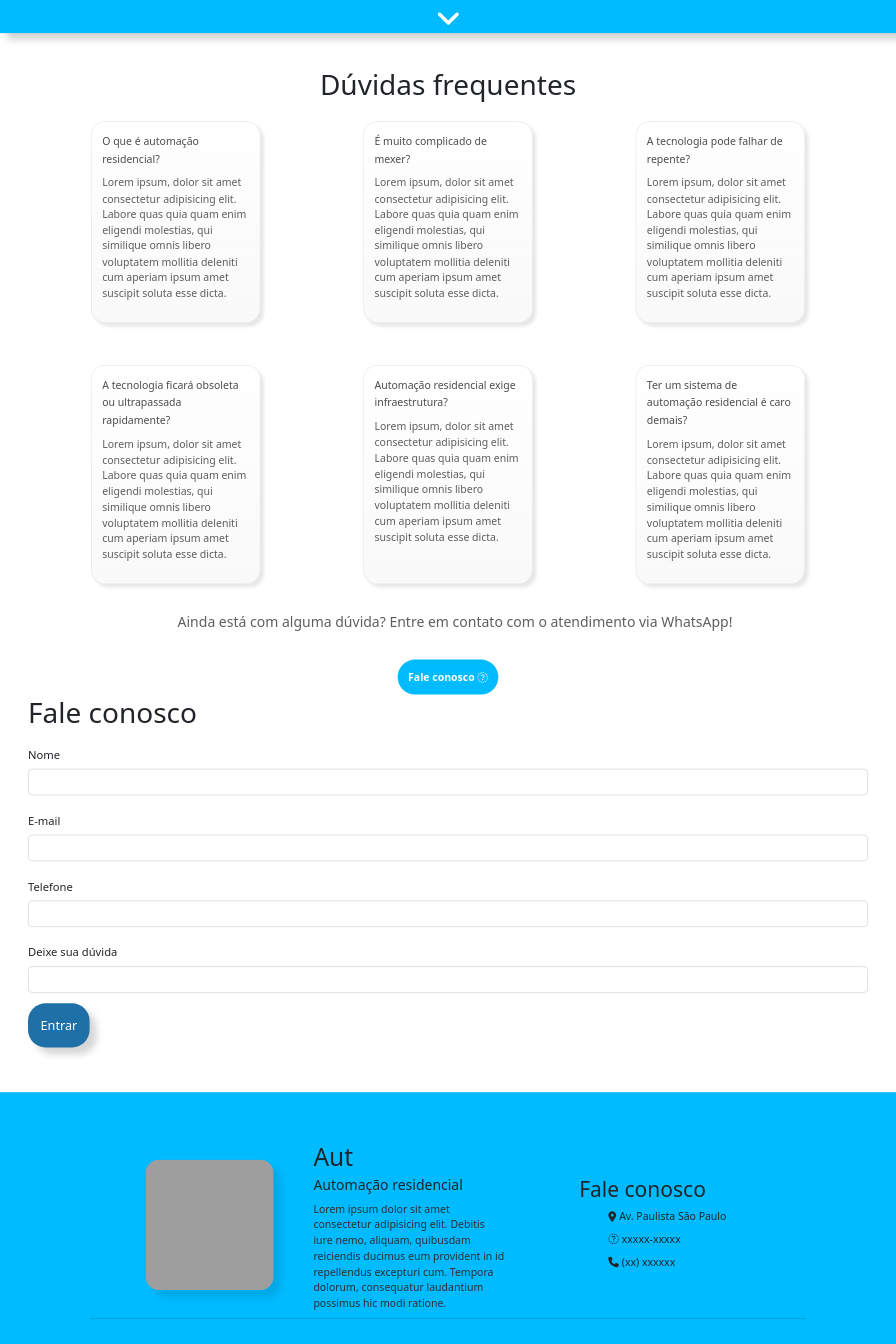
Repository: BulleST/SouHi_Institucional
Page: home.html
The author's editor kept a copy of each file at every save. The page is drawn from the files as they stood at one save, then again after the next save.
The browser window is 1280 px wide. The pictures show the part of the page from y = 1636 to 3556 px (the page is 3556 px tall), at 70% of full size.
Pictures or frames that could not be fetched are drawn as grey boxes.

Above is the page before, as saved 2022-10-27 16:57:29.

### home.html
<!DOCTYPE html>
<html lang="pt-br">

<head>
  <meta charset="UTF-8">
  <meta http-equiv="X-UA-Compatible" content="IE=edge">
  <meta name="viewport" content="width=device-width, initial-scale=1.0">
  <title>SouHi - Soluções Automatizadas</title>

  <script src="https://code.jquery.com/jquery-3.6.1.js" integrity="sha256-3zlB5s2uwoUzrXK3BT7AX3FyvojsraNFxCc2vC/7pNI="
    crossorigin="anonymous"></script>


    <!-- Bootstrap -->
<link href="https://cdn.jsdelivr.net/npm/bootstrap@5.2.2/dist/css/bootstrap.min.css" rel="stylesheet" integrity="sha384-Zenh87qX5JnK2Jl0vWa8Ck2rdkQ2Bzep5IDxbcnCeuOxjzrPF/et3URy9Bv1WTRi" crossorigin="anonymous">
<script src="https://cdn.jsdelivr.net/npm/bootstrap@5.2.2/dist/js/bootstrap.bundle.min.js" integrity="sha384-OERcA2EqjJCMA+/3y+gxIOqMEjwtxJY7qPCqsdltbNJuaOe923+mo//f6V8Qbsw3" crossorigin="anonymous"></script>
  <!-- Fontawesome -->
  <link rel="stylesheet" href="https://cdnjs.cloudflare.com/ajax/libs/font-awesome/6.2.0/css/all.min.css"
    integrity="sha512-xh6O/CkQoPOWDdYTDqeRdPCVd1SpvCA9XXcUnZS2FmJNp1coAFzvtCN9BmamE+4aHK8yyUHUSCcJHgXloTyT2A=="
    crossorigin="anonymous" referrerpolicy="no-referrer" />
  <script src="https://cdnjs.cloudflare.com/ajax/libs/font-awesome/6.2.0/js/all.min.js"
    integrity="sha512-naukR7I+Nk6gp7p5TMA4ycgfxaZBJ7MO5iC3Fp6ySQyKFHOGfpkSZkYVWV5R7u7cfAicxanwYQ5D1e17EfJcMA=="
    crossorigin="anonymous" referrerpolicy="no-referrer"></script>

  <!-- Slick Carousel -->
  <link rel="stylesheet" type="text/css" href="https://cdn.jsdelivr.net/npm/slick-carousel@1.8.1/slick/slick.css" />
  <script type="text/javascript" src="https://cdn.jsdelivr.net/npm/slick-carousel@1.8.1/slick/slick.min.js"></script>

  <!-- AOS -->
  <link rel="stylesheet" href="https://unpkg.com/aos@next/dist/aos.css">
  <script src="https://unpkg.com/aos@next/dist/aos.js"></script>

  <link rel="stylesheet" href="style.css">
  <script src="script.js" defer></script>

</head>

<body>
  <header>
    <div class="header-container bg-on" id="header">
      <div class="header-position">
        <div class="flex-item-image">
          <img src="img/logo_claro.png" alt="Logo Souhi">
        </div>
        <div class="flex-item-rotas">
          <nav class="rotas">
            <ul>
            <li> <a class="header__navigation-link" href="#home">Home</a></li>
              <li><a class="header__navigation-link" href="#quem-somos">Quem somos</a></li>
              <li><a class="header__navigation-link" href="#produtos">Ofertas</a></li>
              <li><a class="header__navigation-link" href="#duvidas">FAQ</a></li>
              <li><a class="header__navigation-link" href="#contatos">Contatos</a></li>
            </ul>
          </nav>
        </div>
        <div class="flex-item-contato">
          <a href="" class="btn-fale-conosco">Fale conosco!</a>
        </div>
      </div>
    </div>
  </header>


  <section>
    <section class="carrossel" id="inicio">
      <button class="btn-scroll-down">
        <i class="fas fa-chevron-down"></i>
      </button>
      <div class="slider">
        <div class=" first-item">
          <div class="slider__item-inner slider__item d-flex first-item-inner">
            <div class="slider__item-content first-content">
              <h3>Lorem Ipsum</h3>
              <hr>
              <p>Lorem ipsum dolor, sit amet consectetur adipisicing elit. Beatae fugiat voluptas consequatur voluptate perspiciatis aspernatur voluptates dolores inventore vero incidunt officia, modi dolorum. </p>
              <p class="my-2">Conheça nossos produtos!</p>
              <button class="btn btn-confira">Confira</button>
            </div>
            <div class="slider__item-image first-image">
              <img src="./img/house.png" alt="">
            </div>
          </div>
        </div>
        <div class="  second-item">

          <div class=" d-flex slider__item  second-item-inner">

            <div class="second-contain">
              <div class=" second-image">

                <img src="img/ic_launcher.png" alt="" >
                <img src="./img/phone.png" alt="">

              </div>
            <div class=" second-content">
              <h3>Lorem Ipsum</h3>

              <p>Lorem ipsum dolor, sit amet consectetur adipisicing elit.  </p>
              <a href="" class="btn-fale-conosco">Fale conosco!</a>

            </div>

          </div>

          </div>
        </div>
        <div class="  third-item">
          <div class=" d-flex slider__item  third-item-inner">
            <div class="third-contain">
              <div class=" third-image">
                <img src="img/smart-house-8.png" alt="" >
              </div>
            <div class=" third-content">
              <h3>Lorem Ipsum Ipsum</h3>
              <p>Lorem ipsum dolor, sit amet consectetur adipisicing elit. Lorem ipsum dolor, sit amet consectetur adipisicing elit. orem ipsum dolor, sit amet consectetur adipisicing elit. </p>
              <a href="" class="btn-fale-conosco mt-2">Fale conosco!</a>
            </div>
          </div>
          </div>
        </div>
        </div>
      </div>
    </section>

    <div class="bg">
      <div class="container wrapper">
        <section class="quem-somos" id="quem-somos">
          <img src="img/teste.jpg" alt="" class="imagem" data-aos="fade-right">
          <div class="texto" data-aos="fade-left">

            <h1>Quem somos</h1>
            <p>Lorem ipsum, dolor sit amet consectetur adipisicing elit. Iure, obcaecati alias magni reiciendis non ipsa
              asperiores deserunt quibusdam quasi ut odit, quaerat ex eum fugit pariatur rerum eius vitae maiores?</p>

            <button class="btn">Saiba mais <span> <i class="fa-solid fa-angles-right"></i></span></button>
          </div>
        </section>
        <div class="beneficios">
          <div class="card card-1" data-aos="fade-up">
            <div class="card-texto">
              <span> <i class="fa-solid fa-dollar-sign icone-card"></i></span>
              <h1>Economia</h1>
              <p>Lorem, ipsum dolor sit amet consectetur adipisicing elit. Saepe placeat repellat magni est praesentium
                quaerat aspernatur incidunt sint, quisquam voluptates aut fugiat vel dolorum maxime alias autem, sunt
                quae amet!</p>
            </div>
          </div>
          <div class="card card-2" data-aos="fade-up">
            <div class="card-texto">
              <span> <i class="fa-solid fa-shield icone-card"></i></span>
              <h1>Segurança</h1>
              <p>Lorem, ipsum dolor sit amet consectetur adipisicing elit. Saepe placeat repellat magni est praesentium
                quaerat aspernatur incidunt sint, quisquam voluptates aut fugiat vel dolorum maxime alias autem, sunt
                quae amet!</p>
            </div>
          </div>
          <div class="card card-3" data-aos="fade-up">
            <div class="card-texto">
              <span> <i class="fa-solid fa-check icone-card"></i></span>
              <h1>Conveniência</h1>
              <p>Lorem, ipsum dolor sit amet consectetur adipisicing elit. Saepe placeat repellat magni est praesentium
                quaerat aspernatur incidunt sint, quisquam voluptates aut fugiat vel dolorum maxime alias autem, sunt
                quae amet!</p>
            </div>
          </div>
          <div class="card card-4" data-aos="fade-up">
            <div class="card-texto">
              <span> <i class="fa-solid fa-couch icone-card"></i></span>
              <h1>Conforto</h1>
              <p>Lorem, ipsum dolor sit amet consectetur adipisicing elit. Saepe placeat repellat magni est praesentium
                quaerat aspernatur incidunt sint, quisquam voluptates aut fugiat vel dolorum maxime alias autem, sunt
                quae amet!</p>
            </div>
          </div>
        </div>
      </div>


      <div class="produtos-fechado" id="produtos">
        <div class="produtos-texto">
          <h1>O que você quer automatizar?</h1>
          <p>Lorem ipsum dolor sit, amet consectetur adipisicing elit. Explicabo odit eveniet molestiae reiciendis ab
            odio ipsum labore! Culpa optio consectetur, laboriosam quia enim vitae consequuntur tempora id in quos
            ipsum!</p>

          <span class="pra"><i class="fa-solid fa-angle-down down" id="show-or-hide"></i></span>
        </div>

      </div>
      <!-- <div class="produtos-aberto">
        <div class=" sessao  mySwiper container">
          <div class="swiper-wrapper content">

            <div class="swiper-slide card">
              <div class="card-content">

                <div class="image">
                  <img src="https://source.unsplash.com/random/250x250" alt="" class="eseu">

                </div>
              </div>
            </div>

            <div class="swiper-slide card">
              <div class="card-content">

                <div class="image">
                  <img src="https://source.unsplash.com/random/250x250" alt="" class="eseu">
                </div>
              </div>
            </div>

            <div class="swiper-slide card">

              <div class="card-content">

                <div class="image">
                  <img src="https://source.unsplash.com/random/250x250" alt="" class="eseu">
                </div>
              </div>
            </div>

            <div class="swiper-slide card">
              <div class="card-content">


                <div class="image">

                  <img src="https://source.unsplash.com/random/250x250" alt="" class="eseu">
                </div>
              </div>
            </div>
          </div>
        </div>
        <div class="swiper-button-next"></div>
        <div class="swiper-button-prev"></div>
        <div class="swiper-paggination"></div>
      </div> -->
    </div>






    <div class="wrapper">
      <div class="duvidas" id="duvidas">
        <h1>Dúvidas frequentes</h1>
        <div class="duvida-card">
          <div class="grupo1">
            <div class="duvida s1 " data-aos="fade-up">
              <span>
                <fa-icon [icon]="['fas', 'question-circle']" class="duvidas-icones"></fa-icon>
                <h2>O que é automação residencial?</h2>
              </span>
              <p>Lorem ipsum, dolor sit amet consectetur adipisicing elit. Labore quas quia quam enim eligendi
                molestias, qui similique omnis libero voluptatem mollitia deleniti cum aperiam ipsum amet suscipit
                soluta esse dicta.</p>
            </div>
            <div class="duvida s2 " data-aos="fade-up">
              <span>
                <fa-icon [icon]="['fas', 'question-circle']" class="duvidas-icones"></fa-icon>
                <h2>É muito complicado de mexer?</h2>
              </span>

              <p>Lorem ipsum, dolor sit amet consectetur adipisicing elit. Labore quas quia quam enim eligendi
                molestias, qui similique omnis libero voluptatem mollitia deleniti cum aperiam ipsum amet suscipit
                soluta esse dicta.</p>
            </div>
            <div class="duvida s3 " data-aos="fade-up">
              <span>
                <fa-icon [icon]="['fas', 'question-circle']" class="duvidas-icones"></fa-icon>
                <h2>A tecnologia pode falhar de repente?</h2>
              </span>

              <p>Lorem ipsum, dolor sit amet consectetur adipisicing elit. Labore quas quia quam enim eligendi
                molestias, qui similique omnis libero voluptatem mollitia deleniti cum aperiam ipsum amet suscipit
                soluta esse dicta.</p>
            </div>
          </div>
          <div class="grupo2">


            <div class="duvida s4 " data-aos="fade-up">
              <span>
                <fa-icon [icon]="['fas', 'question-circle']" class="duvidas-icones"></fa-icon>
                <h2>A tecnologia ficará obsoleta ou ultrapassada rapidamente?</h2>
              </span>

              <p>Lorem ipsum, dolor sit amet consectetur adipisicing elit. Labore quas quia quam enim eligendi
                molestias, qui similique omnis libero voluptatem mollitia deleniti cum aperiam ipsum amet suscipit
                soluta esse dicta.</p>


            </div>
            <div class="duvida s5 " data-aos="fade-up">
              <span>
                <fa-icon [icon]="['fas', 'question-circle']" class="duvidas-icones"></fa-icon>
                <h2>Automação residencial exige infraestrutura?</h2>
              </span>

              <p>Lorem ipsum, dolor sit amet consectetur adipisicing elit. Labore quas quia quam enim eligendi
                molestias, qui similique omnis libero voluptatem mollitia deleniti cum aperiam ipsum amet suscipit
                soluta esse dicta.</p>
            </div>
            <div class="duvida s6 " data-aos="fade-up">
              <span>
                <fa-icon [icon]="['fas', 'question-circle']" class="duvidas-icones"></fa-icon>
                <h2>Ter um sistema de automação residencial é caro demais?</h2>
              </span>

              <p>Lorem ipsum, dolor sit amet consectetur adipisicing elit. Labore quas quia quam enim eligendi
                molestias, qui similique omnis libero voluptatem mollitia deleniti cum aperiam ipsum amet suscipit
                soluta esse dicta.</p>
            </div>
          </div>
        </div>
        <div class="duvidas-link">
          <p>Ainda está com alguma dúvida? Entre em contato com o atendimento via WhatsApp!</p>
          <a href="">Fale conosco <i class='fa fa-whatsapp'></i></a>

        </div>
      </div>
    </div>
    <div class="wrapper">
    <div class="fale-conosco">
      <h1>Fale conosco</h1>
      <form action="">
        <div action="" class="form-group mt-4">
          <label for="" class="form-label">Nome</label>
          <input type="text" class="form-control" required>
        </div>
        <div action="" class="form-group mt-4">
          <label for="" class="form-label">E-mail</label>
          <input type="text" class="form-control" required>
        </div>
        <div action="" class="form-group mt-4">
          <label for="" class="form-label">Telefone</label>
          <input type="text" class="form-control">
        </div>
        <div action="" class="form-group mt-4">
          <label for="" class="form-label">Deixe sua dúvida</label>
          <input type="textarea" class="form-control">
        </div>
        <div class="form-group d-flex ">
          <button type="submit" class="btn botao">Entrar</button>
        </div>



      </form>
    </div>
  </div>

    </div>


 <div class="link-top link-on" ><a href="#inicio">


  <i class="fa-solid fa-angle-up"></i></a></div>
  </section>

  <section class="footer">

    </div>
    <div class="footer-position">
      <div class="finalizacao">
        <img src="img/pexels-liza-summer-6347719.jpg" alt="" class="footer-img">
        <div class="texto">
          <h1>Aut</h1>
          <h2>Automação residencial</h2>
          <p>Lorem ipsum dolor sit amet consectetur adipisicing elit. Debitis iure nemo, aliquam, quibusdam reiciendis
            ducimus eum provident in id repellendus excepturi cum. Tempora dolorum, consequatur laudantium possimus hic
            modi ratione.</p>
        </div>
      </div>
      <div class="contato">
        <div class="contato-texto">
          <h2>Fale conosco</h2>

          <ul>
            <li><i class="fa-solid fa-location-dot"></i> Av. Paulista São Paulo </li>
            <li><i class='fa fa-whatsapp'></i> xxxxx-xxxxx</li>
            <li><i class="fa-solid fa-phone"></i> (xx) xxxxxx</li>
          </ul>
        </div>
      </div>

    </div>

  </section>

</body>


<script>




</script>

</html>

Loaded but not shown: script.js (75 lines, source omitted); style.css (1113 lines, source omitted)

After the next save:
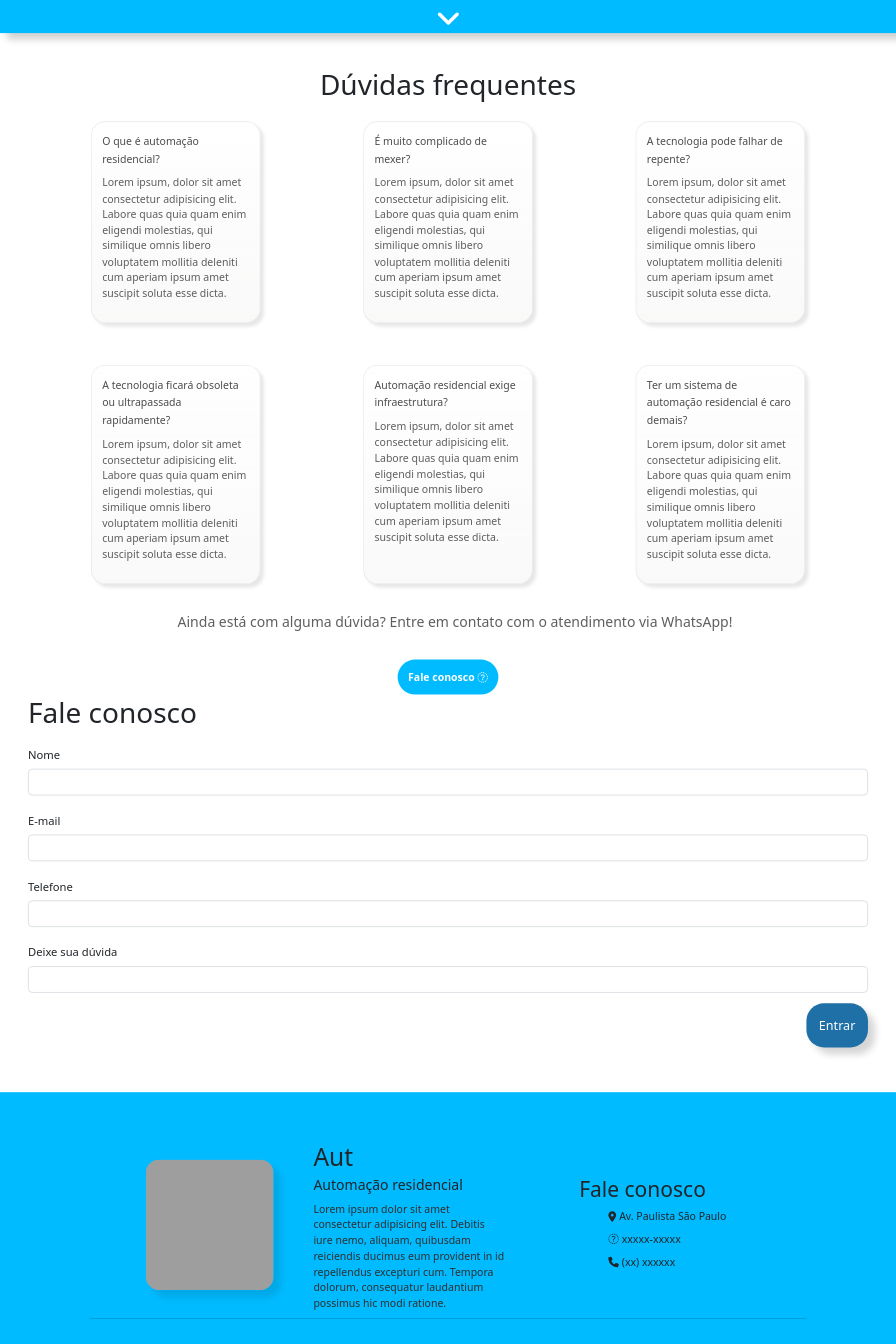
Saved 15 s later.
--- a/home.html
+++ b/home.html
@@ -342,7 +342,7 @@
           <label for="" class="form-label">Deixe sua dúvida</label>
           <input type="textarea" class="form-control">
         </div>
-        <div class="form-group d-flex ">
+        <div class="form-group d-flex justify-content-end ">
           <button type="submit" class="btn botao">Entrar</button>
         </div>
 
